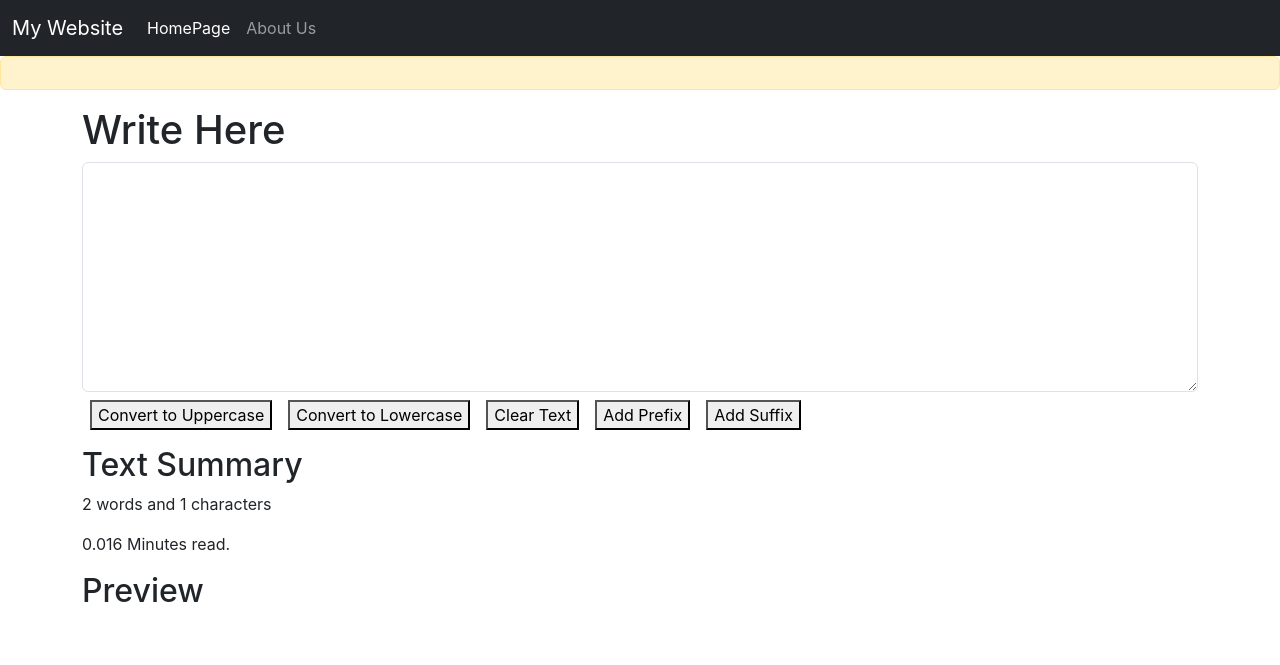
Repository: WajihaGul/Reactjs
Page: /
The author's editor kept a copy of each file at every save. The page is drawn from the files as they stood at one save, then again after the next save.
The browser window is 1280 px wide. The pictures show the whole page.
The project was rebuilt for these pictures with package versions that can differ from the ones it lists, and the page was loaded fresh each time. Also part of the build but not shown: src/App.css.

Above is the page before, as saved 2024-02-12 17:01:47.

After the next save:
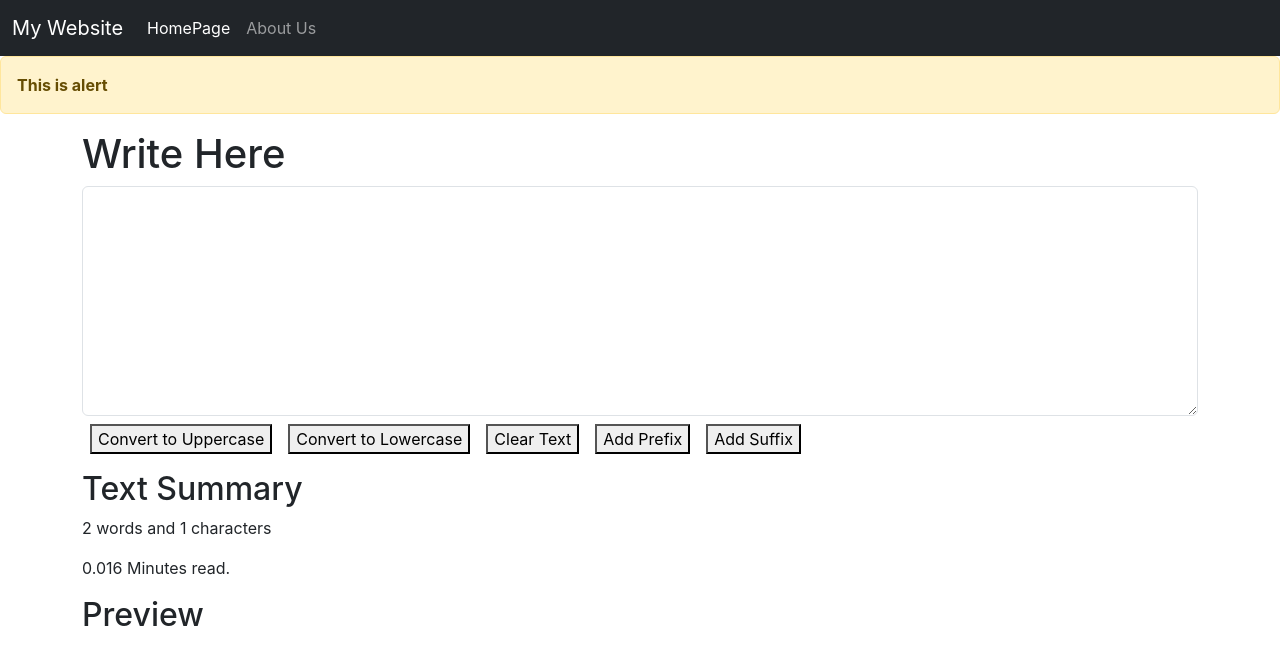
Saved 50 s later.
--- a/src/App.js
+++ b/src/App.js
@@ -7,7 +7,7 @@ function App() {
   return (
 <>
 <Navbar title="My Website" about="About Us" home="HomePage"   />
-<Alert alert={alert}/>
+<Alert alert={'This is alert'}/>
 <TextArea/>
 
 </>
